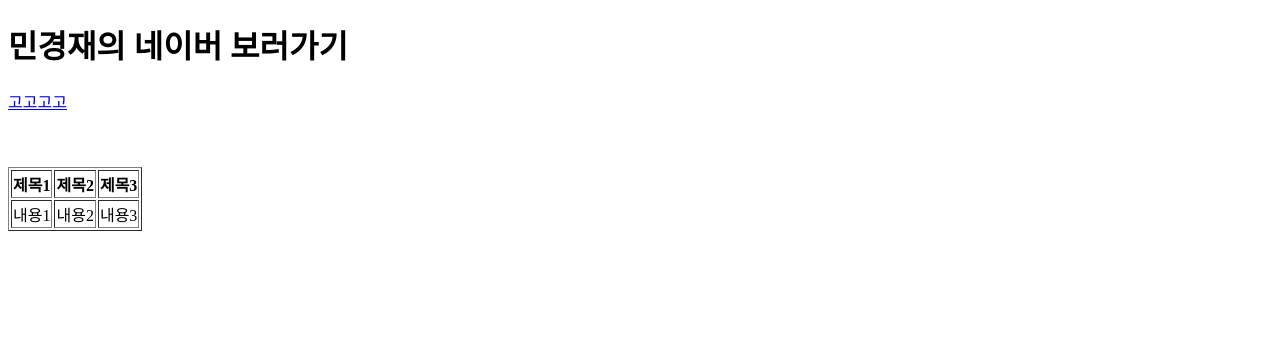
Repository: jiwon-likelion/jiwon-likelion.github.io
Page: HTML/index2.html
The author's editor kept a record of every edit. The page is drawn from the files as they stood at one moment, then again after the next edit.
The browser window is 1280 px wide. The pictures show the whole page.

Above is the page before.

After the next edit:
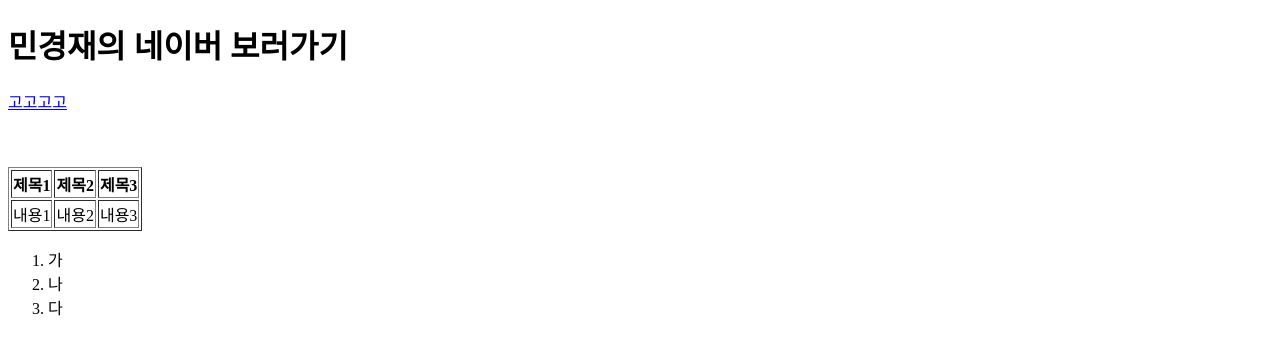
The edit:
--- a/HTML/index2.html
+++ b/HTML/index2.html
@@ -23,6 +23,14 @@
             <td>내용3</td>
         </tr>
     </table>
+    <ol>
+        <li>가</li>
+        <li>나</li>
+        <li>다</li>
+    </ol>
+
+
+
     </body>
 
 </html>
